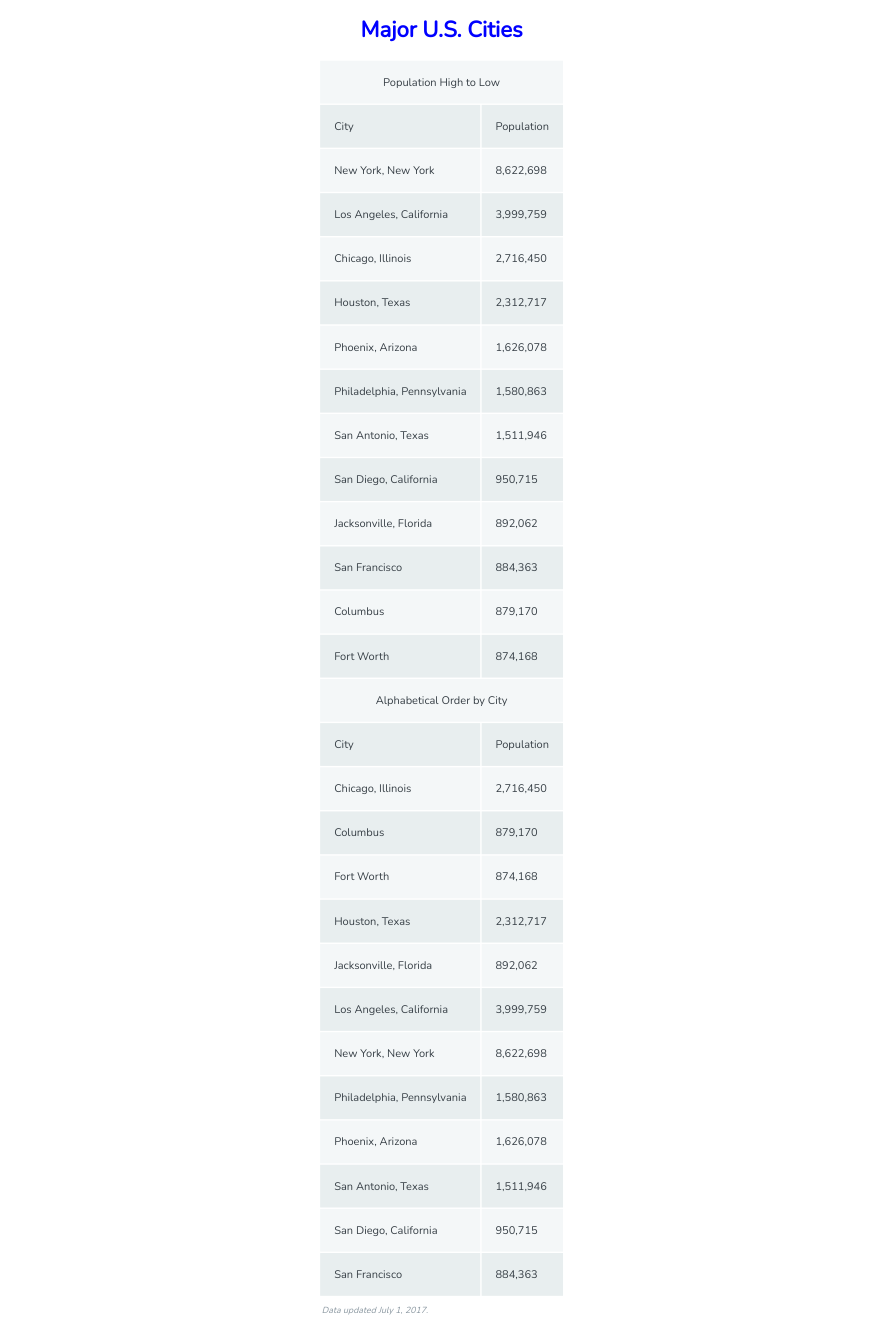
Repository: oduong1/COSW30
Page: http://localhost/homework/hw4/population_array.php
The author's editor kept a record of every edit. The page is drawn from the files as they stood at one moment, then again after the next edit.
The browser window is 1280 px wide. The pictures show the whole page, at 69% of full size.
The page is run by PHP 8.4 with error messages shown; the project is at /var/www/html/.

Above is the page before.
Not found: homework/hw4/normalize.css

### homework/hw4/population_array.php
<!DOCTYPE html>
<html>
  <head>
    <meta charset="utf-8">
    <meta name="viewport" content="width=device-width, initial-scale=1.0">
    <title>City Population</title>
    <link rel="stylesheet" href="normalize.css">
    <link href='http://fonts.googleapis.com/css?family=Nunito:400,300' rel='stylesheet' type='text/css'>
    <link rel="stylesheet" href="table.css">
  </head>
  <body >
    <container id="center_a"><h1>Major U.S. Cities</h1></container>

      <table class="test">

        <!--<thead>-->
        <!--    <tr>-->
        <!--      <th scope="col">City</th>-->
        <!--      <th scope="col">Population</th>   -->
        <!--    </tr>-->
        <!--</thead>-->
    <?php

        $population = [
            "New York, New York" => "8,622,698",
            "Los Angeles, California" => "3,999,759",
            "Chicago, Illinois" => "2,716,450",
            "Houston, Texas" => "2,312,717",
            "Phoenix, Arizona" => "1,626,078",
            "Philadelphia, Pennsylvania" => "1,580,863",
            "San Antonio, Texas" => "1,511,946",
            "San Diego, California" => "950,715",
            "Jacksonville, Florida" => "892,062",
            "San Francisco" => "884,363",
            "Columbus" => "879,170",
            "Fort Worth" => "874,168"
        ];

//display original list
echo'        <th colspan="2">Population High to Low</th>';
echo '<tr><td>City</td><td>Population</td></tr>';

        foreach ($population as $city => $pop) {
            echo "
                <tr>
                  <td>$city</td>
                  <td>$pop</td>
                </tr>\n";
            }

//display list by city
ksort($population);

echo'        <th colspan="2">Alphabetical Order by City</th>';
echo '<tr><td>City</td><td>Population</td></tr>';

        foreach ($population as $city => $pop) {
            echo "
                <tr>
                  <td>$city</td>
                  <td>$pop</td>
                </tr>\n";
            }
?>
        </tbody>
                <tfoot>
          <tr>
            <td colspan="3">Data updated July 1, 2017.</td>
          </tr>
        </tfoot>
      </table>

  </body>
</html>

### homework/hw4/table.css
*, *:before, *:after {
  -moz-box-sizing: border-box;
  -webkit-box-sizing: border-box;
  box-sizing: border-box;
}

body {
  font-family: 'Nunito', sans-serif;
  color: #384047;
  text-align: center;
}

table {
  max-width: 960px;
  margin: 10px auto;
}

#center_a {
  display: block;
  max-width: 960px;
  margin: 10px auto;
  color: blue;

}

caption {
  font-size: 1.6em;
  font-weight: 400;
  padding: 10px 0;
}

thead th {
  font-weight: 400;
  background: #8a97a0;
  color: #FFF;
}

tr {
  background: #f4f7f8;
  border-bottom: 1px solid #FFF;
  margin-bottom: 5px;
}

tr:nth-child(even) {
  background: #e8eeef;
}

th {
  text-align: center;
  padding: 20px;
  font-weight: 300;
}

td {
  text-align: left;
  padding: 20px;
  font-weight: 300;
}

tfoot tr {
  background: none;
}

tfoot td {
  padding: 10px 2px;
  font-size: 0.8em;
  font-style: italic;
  color: #8a97a0;
}

After the next edit:
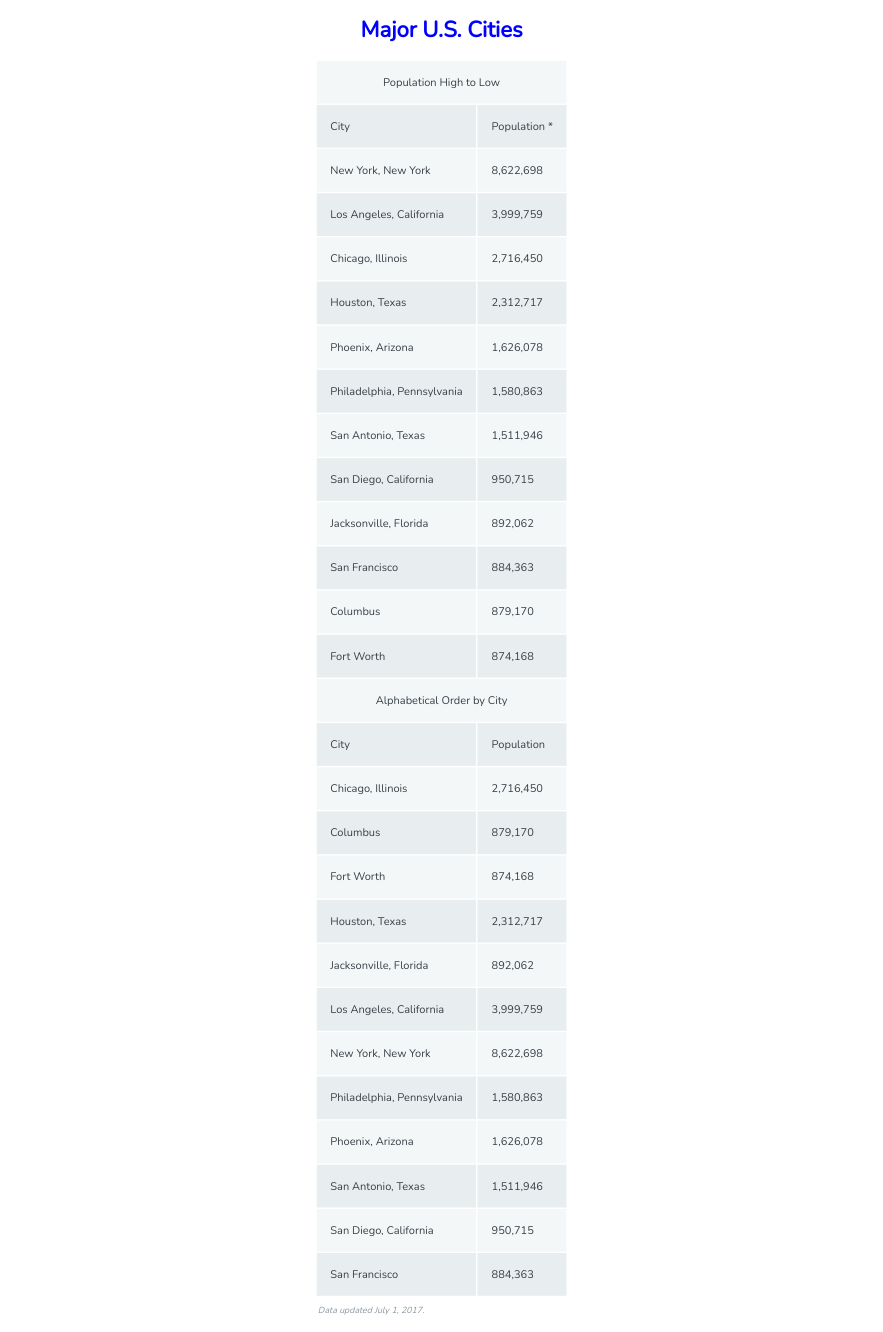
The edit:
--- a/homework/hw4/population_array.php
+++ b/homework/hw4/population_array.php
@@ -38,7 +38,7 @@
 
 //display original list
 echo'        <th colspan="2">Population High to Low</th>';
-echo '<tr><td>City</td><td>Population</td></tr>';
+echo '<tr><td>City</td><td>Population *</td></tr>';
 
         foreach ($population as $city => $pop) {
             echo "
